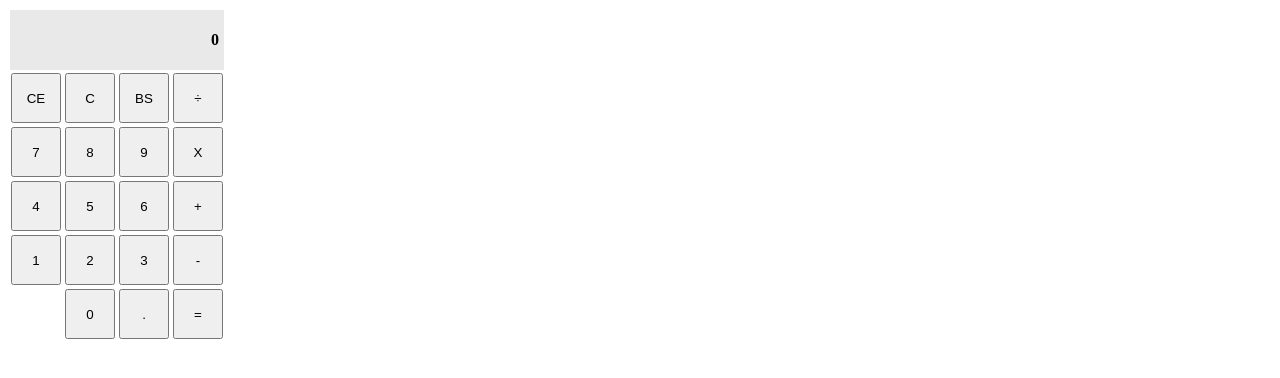
Repository: SongYG77/JSP-Servlet-practice
Page: JSPPrj/WebContent/calc2.html
The author's editor kept a copy of each file at every save. The page is drawn from the files as they stood at one save, then again after the next save.
The browser window is 1280 px wide. The pictures show the whole page.

Above is the page before, as saved 2021-01-20 03:27:05.

### JSPPrj/WebContent/calc2.html
<!DOCTYPE html>
<html>
<head>
<meta charset="UTF-8">
<title>Insert title here</title>
<style>
	input{
		width : 50px;
		height : 50px;
	}

	.output{
		height : 50px;
		background : #e9e9e9;
		fontsize : 24px;
		font-weight : bold;
		text-align: right;
		padding : 5px;
	}
</style>
</head>
<body>
	<form action = "calc2" method = "post">
	<table>
		<tr>
			<td class = "output" colspan="4">0</td>
		</tr>
		<tr>
			<td><input type="submit" name = "button" value = "CE"></td>
			<td><input type="submit" name = "button" value = "C"></td>
			<td><input type="submit" name = "button" value = "BS"></td>
			<td><input type="submit" name = "button" value = "÷"></td>
		</tr>
		<tr>
			<td><input type="submit" name = "button" value = "7"></td>
			<td><input type="submit" name = "button" value = "8"></td>
			<td><input type="submit" name = "button" value = "9"></td>
			<td><input type="submit" name = "button" value = "X"></td>
		</tr>
		<tr>
			<td><input type="submit" name = "button" value = "4"></td>
			<td><input type="submit" name = "button" value = "5"></td>
			<td><input type="submit" name = "button" value = "6"></td>
			<td><input type="submit" name = "button" value = "+"></td>
		</tr>
		<tr>
			<td><input type="submit" name = "button" value = "1"></td>
			<td><input type="submit" name = "button" value = "2"></td>
			<td><input type="submit" name = "button" value = "3"></td>
			<td><input type="submit" name = "button" value = "-"></td>
		</tr>
		<tr>
			<td></td>
			<td><input type="submit" name = "button" value = "0"></td>
			<td><input type="submit" name = "button" value = "."></td>
			<td><input type="submit" name = "button" value = "="></td>
		</tr>

	</table>
	</form>
</body>
</html>

After the next save:
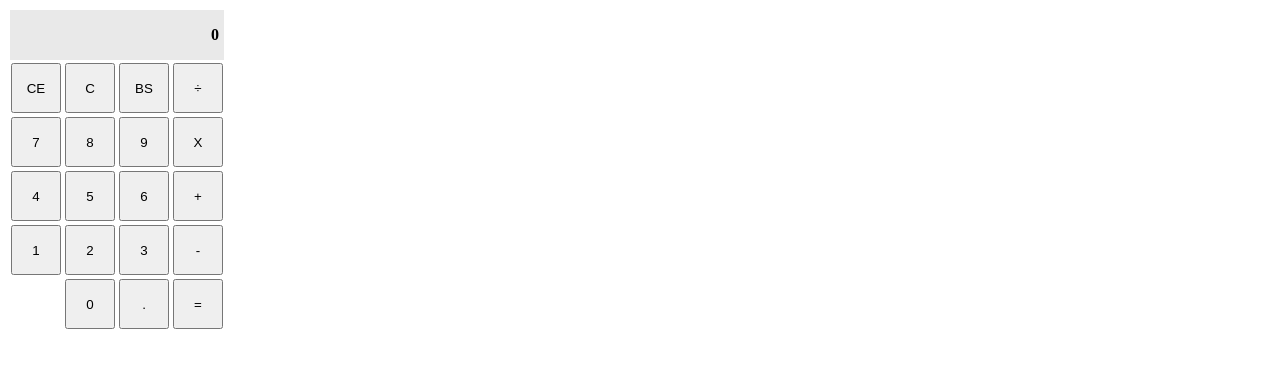
Saved 13 s later.
--- a/JSPPrj/WebContent/calc2.html
+++ b/JSPPrj/WebContent/calc2.html
@@ -15,7 +15,7 @@
 		fontsize : 24px;
 		font-weight : bold;
 		text-align: right;
-		padding : 5px;
+		padding : 0px 5px;
 	}
 </style>
 </head>
